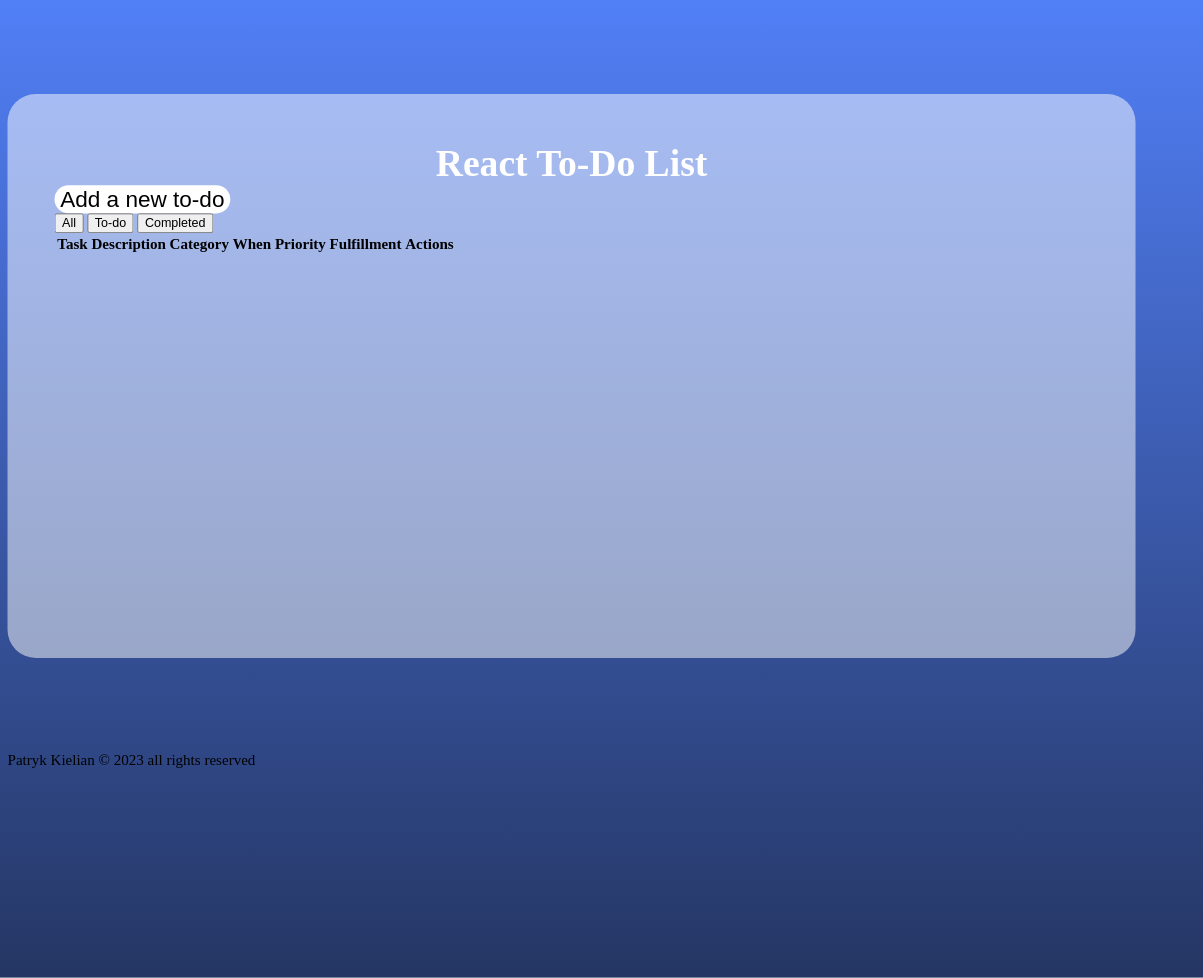
Repository: mirajane2/maquette-todo
Page: index.html
An editor plug-in stored every save of this project. The page is shown before and after the next save, followed by the edit.
The browser window is 1280 px wide. The pictures show the whole page, at 94% of full size.

Above is the page before, as saved 2024-11-13 10:55:43.

After the next save:
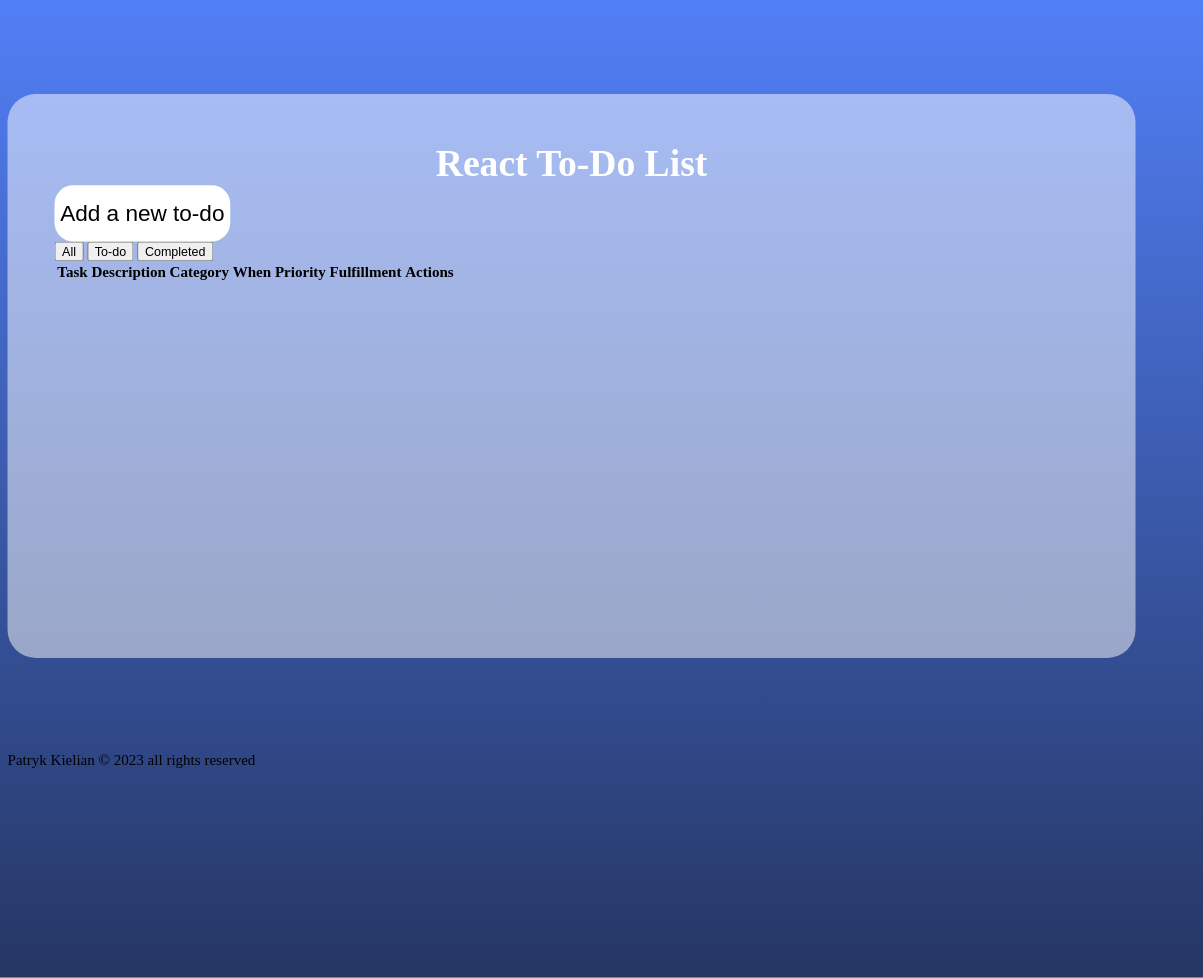
Saved 54 s later.
--- a/index.css
+++ b/index.css
@@ -28,6 +28,7 @@ html{
 .taches{
     font-size: 24px;
     font-weight: 400px;
+    height: 60px;
     border-radius: 20px;
     border: none;
     background-color: #FFFFFF;
